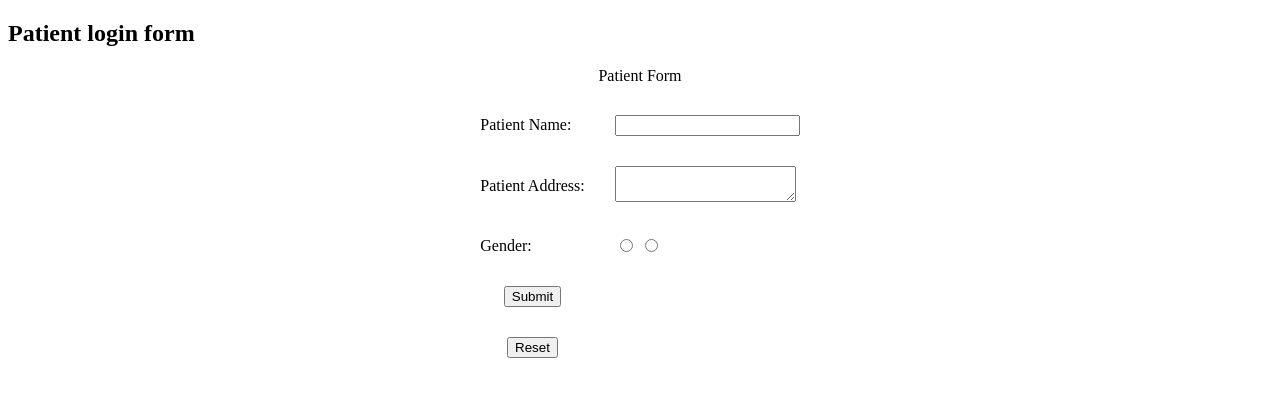
Repository: abhishek110597/Deloitte
Page: Workspace/JavaTraining/patientDetailsForm.html
The author's editor kept a copy of each file at every save. The page is drawn from the files as they stood at one save, then again after the next save.
The browser window is 1280 px wide. The pictures show the whole page.

Above is the page before, as saved 2019-12-28 05:47:58.

After the next save:
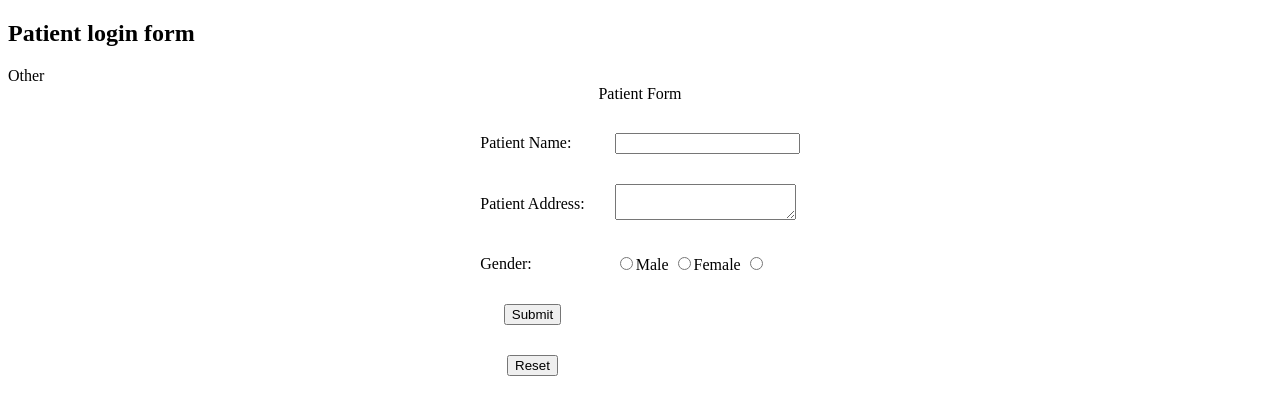
Saved 15 s later.
--- a/Workspace/JavaTraining/patientDetailsForm.html
+++ b/Workspace/JavaTraining/patientDetailsForm.html
@@ -22,9 +22,9 @@
 			</tr>
 			<tr>
 				<td>Gender:</td>
-				<td><input type="radio" value="Male" name="gender" id="male" />
-					<input type="radio" value="Female" name="gender" id="female" />
-					<inputtype="radio" value="Other" name="gender" id="other" /></td>
+				<td><input type="radio" value="Male" name="gender" id="male" />Male
+					<input type="radio" value="Female" name="gender" id="female" />Female
+					<input type="radio" value="Other" name="gender" id="other" /></td>Other
 			</tr>
 			<tr>
 				<td align="center"><input type="submit" value="Submit"
